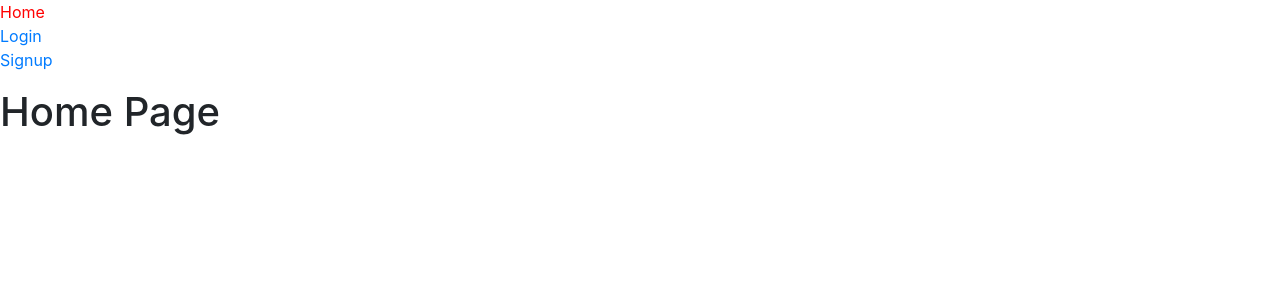
Repository: SCScbc-Projects2022/project-three
Page: / (app in client/)
The author's editor kept a copy of each file at every save. The page is drawn from the files as they stood at one save, then again after the next save.
The browser window is 1280 px wide. The pictures show the whole page.
The project was rebuilt for these pictures with package versions that can differ from the ones it lists, and the page was loaded fresh each time. Also part of the build but not shown: client/src/utils/mutations.js, client/src/components/LoginForm.js, client/src/components/SignupForm.js.

Above is the page before, as saved 2022-07-18 11:04:19.

After the next save:
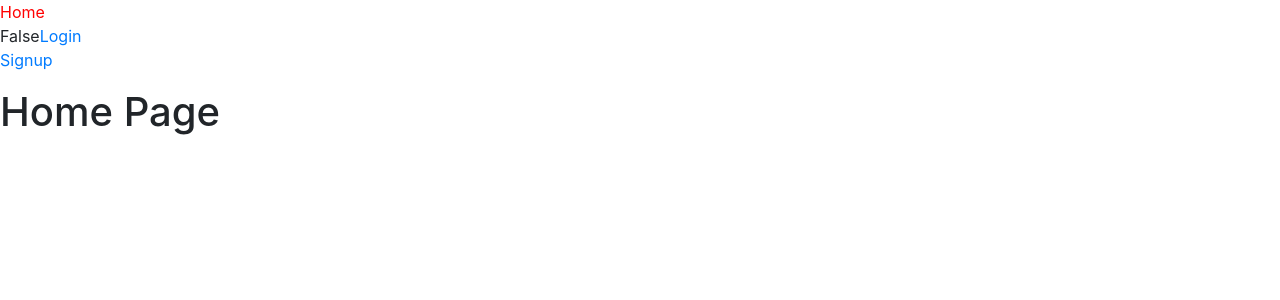
Saved 54 s later.
--- a/client/src/components/Navbar.js
+++ b/client/src/components/Navbar.js
@@ -27,6 +27,7 @@
         </li>
         {/* Add conditionally rendering for Login and Signup (i.e. Show signup when not logged in) */}
         <li>
+          {Auth.loggedIn() ? 'True' : 'False'}
           <a
             className={`navItem ${activePage.Login ? 'active' : ''}`}
             href="#Login"

After the save that followed:
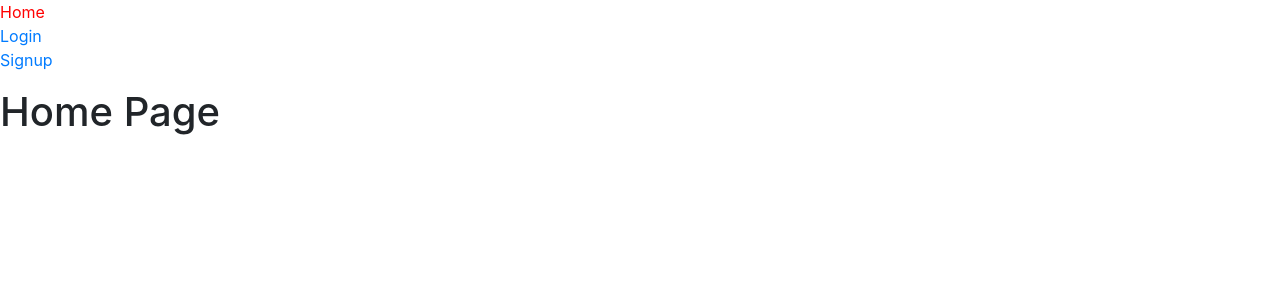
Saved 22 s later.
--- a/client/src/components/Navbar.js
+++ b/client/src/components/Navbar.js
@@ -27,14 +27,17 @@
         </li>
         {/* Add conditionally rendering for Login and Signup (i.e. Show signup when not logged in) */}
         <li>
-          {Auth.loggedIn() ? 'True' : 'False'}
-          <a
-            className={`navItem ${activePage.Login ? 'active' : ''}`}
-            href="#Login"
-            onClick={(e) => handlePage(e)}
-          >
-            Login
-          </a>
+          {Auth.loggedIn() ? (
+            'True'
+          ) : (
+            <a
+              className={`navItem ${activePage.Login ? 'active' : ''}`}
+              href="#Login"
+              onClick={(e) => handlePage(e)}
+            >
+              Login
+            </a>
+          )}
         </li>
         <li>
           <a
